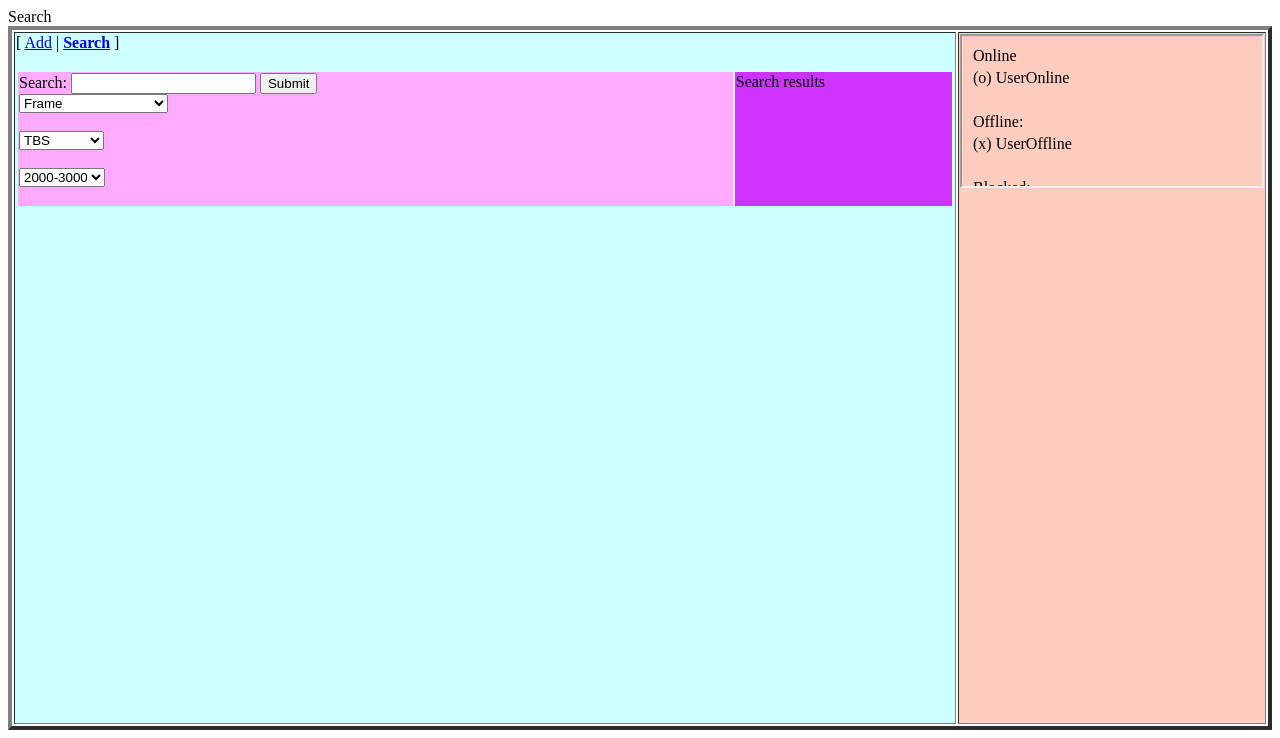
Repository: nevinleiby/SwapRC
Page: search_interface.html
The author's editor kept a copy of each file at every save. The page is drawn from the files as they stood at one save, then again after the next save.
The browser window is 1280 px wide. The pictures show the whole page.

Above is the page before, as saved 2019-09-08 01:51:53.

After the next save:
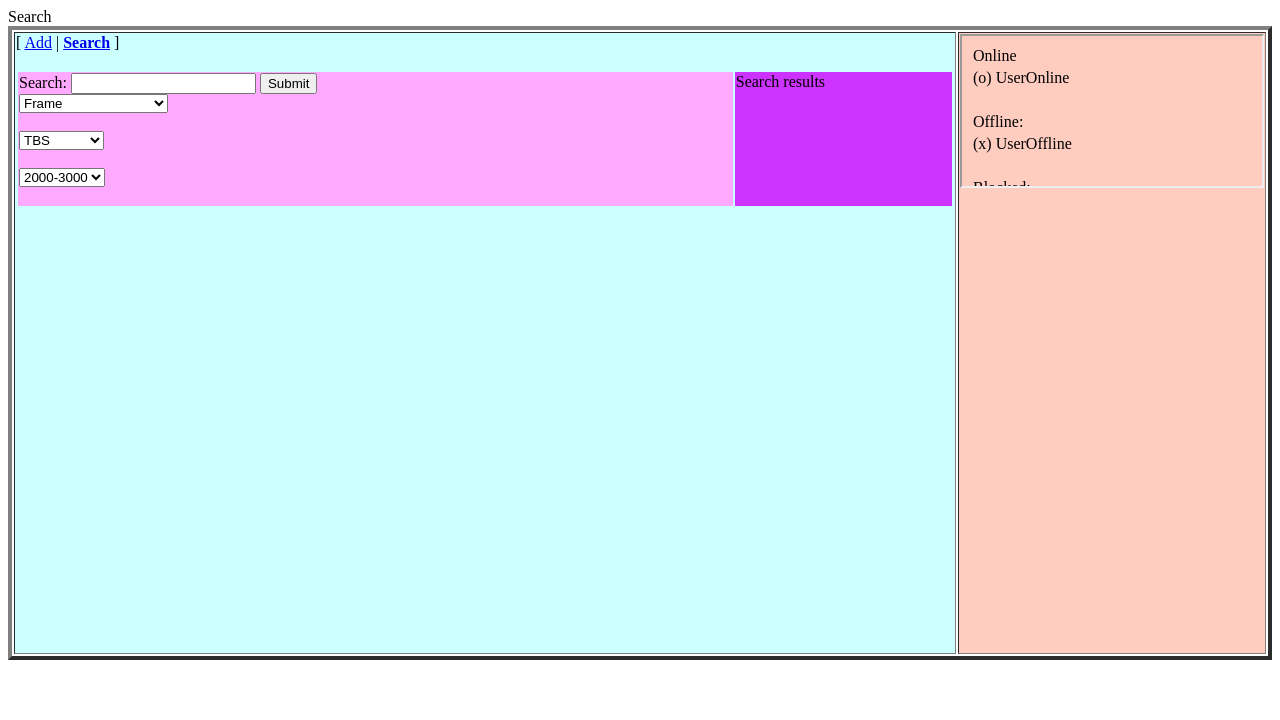
Saved 18 s later.
--- a/search_interface.html
+++ b/search_interface.html
@@ -5,7 +5,7 @@
     <body>
             Search
             <br>
-            <table border=4 width=100% height=100%>
+            <table border=4 width=100% height=90%>
                 <tr border=4>
                     <td width = 80% border=2 bgcolor="#ccffff" valign=top>
                         [
